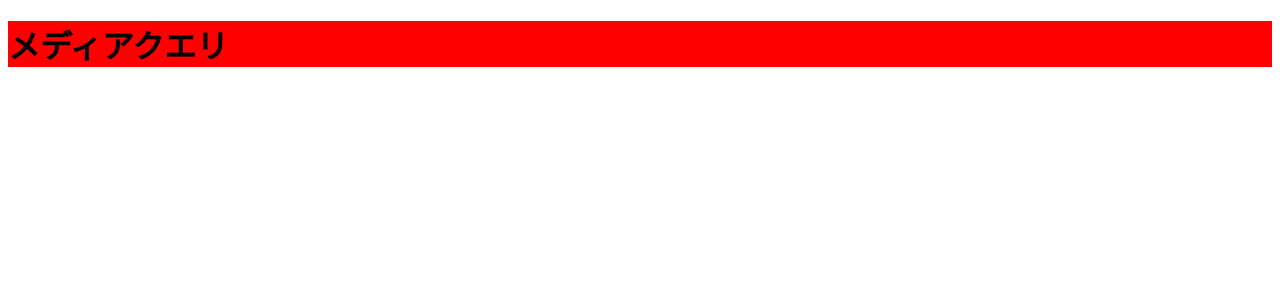
Repository: hayatesan8810/samurai_HTML-CSS
Page: index.html
The author's editor kept a record of every edit. The page is drawn from the files as they stood at one moment, then again after the next edit.
The browser window is 1280 px wide. The pictures show the whole page.

Above is the page before.

After the next edit:
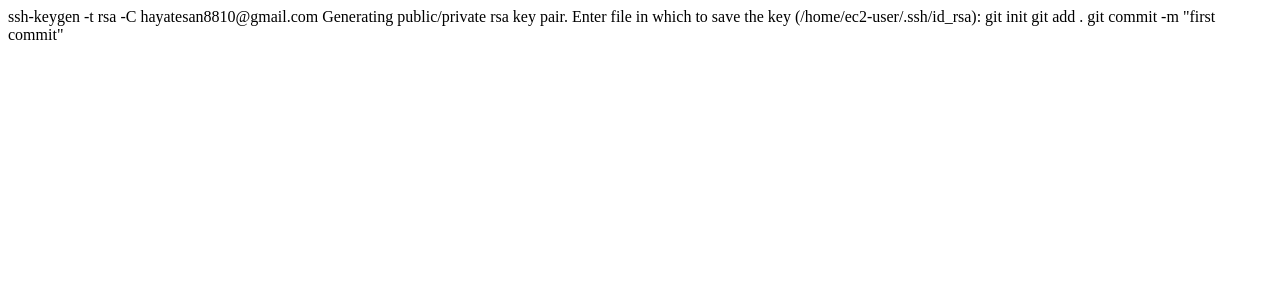
The edit:
--- a/index.html
+++ b/index.html
@@ -1,27 +1,6 @@
-<!DOCTYPE html>
-<html lang="ja">
-    <head>
-        <meta name="viewport" content="width=device-widht, initial-scale=1">
-        <style>
-        .media{
-            background-color:blue;
-        }
-        @media screen and (min-width:480px){
-            .madia{
-                background-color: red;
-            }
-        }
-
-        @media screen and (min-width: 640px){
-            .media{
-                background-color:green;
-            }
-        }
-        </style>
-    </head>
-    <body>
-        <div class="madia">
-        <h1>メディアクエリ</h1>
-        </div>
-    </body>
-</html>
+ssh-keygen -t rsa -C hayatesan8810@gmail.com
+Generating public/private rsa key pair.
+Enter file in which to save the key (/home/ec2-user/.ssh/id_rsa):
+git init
+git add .
+git commit -m "first commit"
